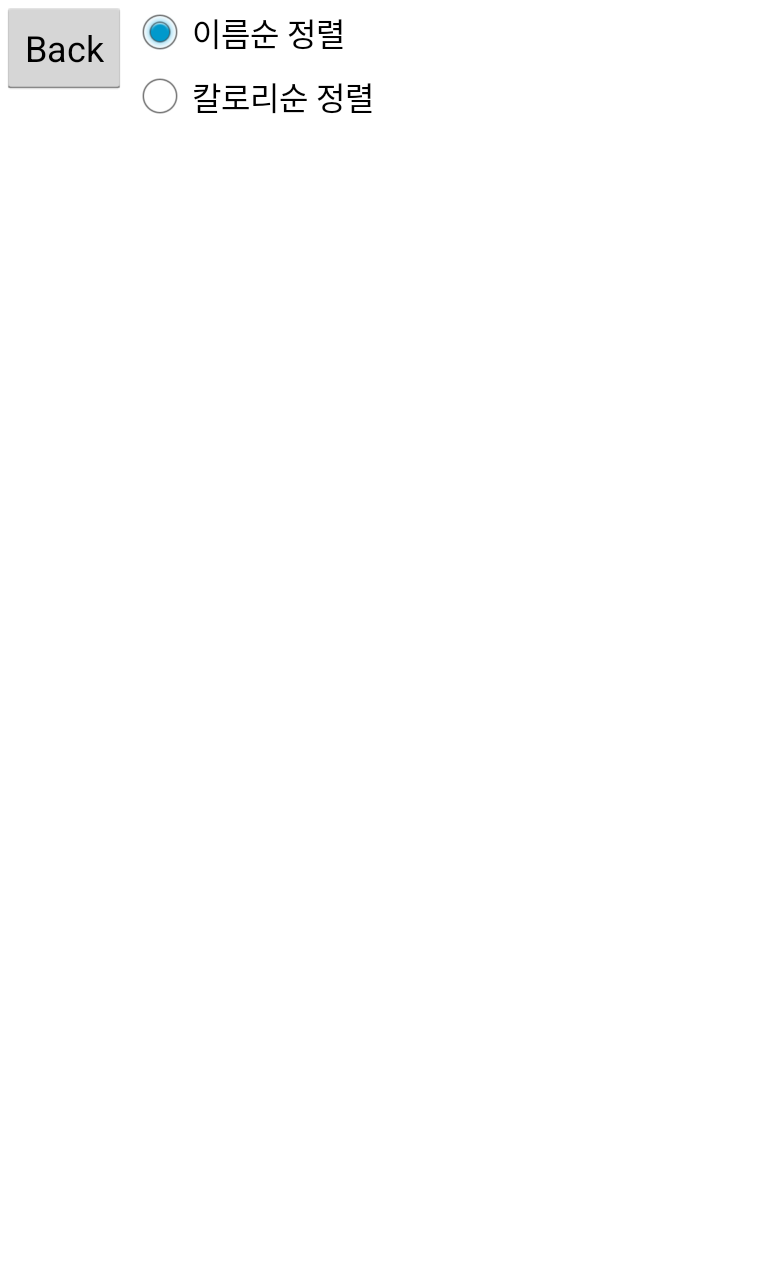
Repository: OnionLord/BurgerWIKI
Layout: burgerDicApp/BurgerDictionary/res/layout/burgerlist.xml
An editor plug-in stored every save of this project. The layout is shown before and after the next save, followed by the edit.
It is drawn on a 768 x 1280 px phone screen (xhdpi) without system bars, with theme AppTheme; the app's code is not run. Lists and similar views that code fills are empty.

Above is the layout before, as saved 2014-11-05 07:45:12.

After the next save:
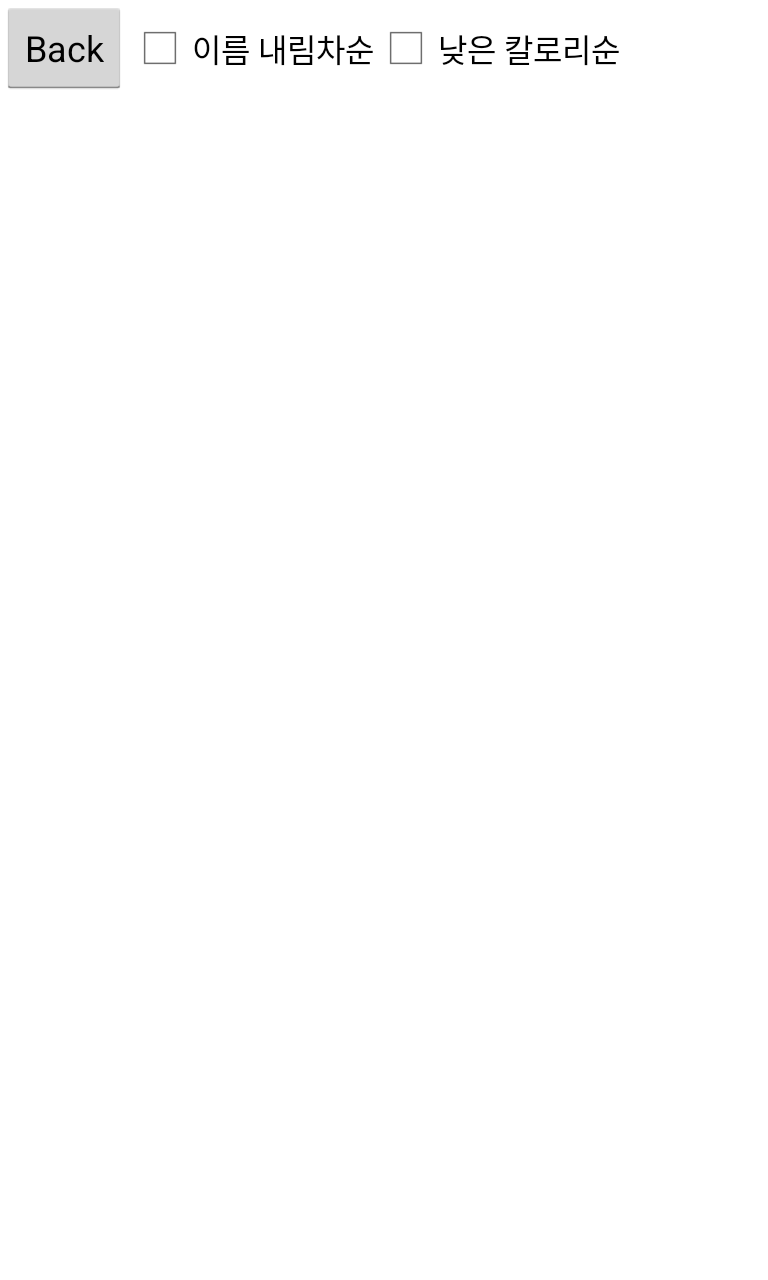
Saved 2 min 56 s later.
--- a/burgerDicApp/BurgerDictionary/res/layout/burgerlist.xml
+++ b/burgerDicApp/BurgerDictionary/res/layout/burgerlist.xml
@@ -14,26 +14,17 @@
             android:onClick="onClickButton"
             android:text="Back" />
 
-       <RadioGroup
-            android:id="@+id/list_rb"
+        <CheckBox
+            android:id="@+id/list_chk1"
             android:layout_width="wrap_content"
-            android:layout_height="wrap_content" >
+            android:layout_height="wrap_content"
+            android:text="이름 내림차순" />
 
-            <RadioButton
-                android:id="@+id/list_rb_name"
-                android:layout_width="wrap_content"
-                android:layout_height="wrap_content"
-                android:checked="true"
-                android:text="이름순 정렬" />
-
-            <RadioButton
-                android:id="@+id/list_rb_cal"
-                android:layout_width="wrap_content"
-                android:layout_height="wrap_content"
-                android:text="칼로리순 정렬" />
-
-
-        </RadioGroup>
+        <CheckBox
+            android:id="@+id/list_chk2"
+            android:layout_width="wrap_content"
+            android:layout_height="wrap_content"
+            android:text="낮은 칼로리순" />
 
     </LinearLayout>
 
